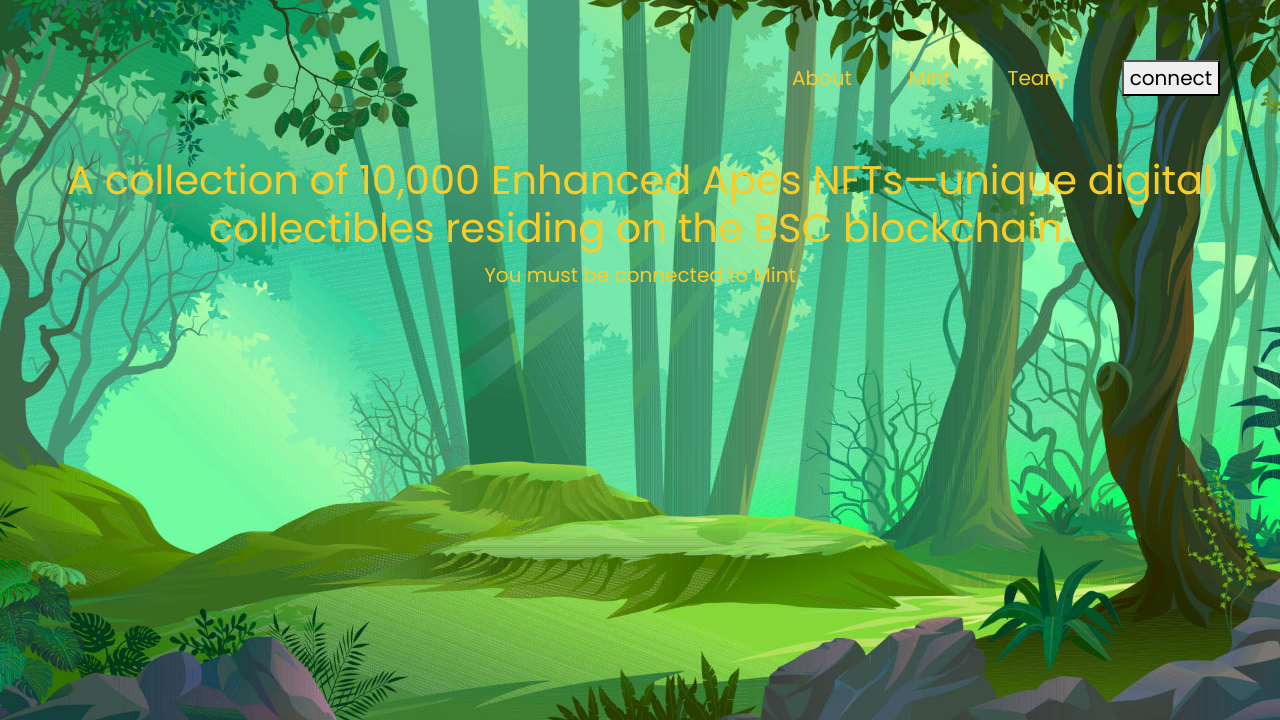
Repository: Stephegbenga/Minting-Dapp
Page: /
These files come from the project's save history. The page is drawn as it stood at one moment and after the next save; the edit follows.
The browser window is 1280 px wide. The pictures show the whole page.
The project was rebuilt for these pictures with package versions that can differ from the ones it lists, and the page was loaded fresh each time.

Above is the page before, as saved 2022-04-07 17:04:35.

After the next save:
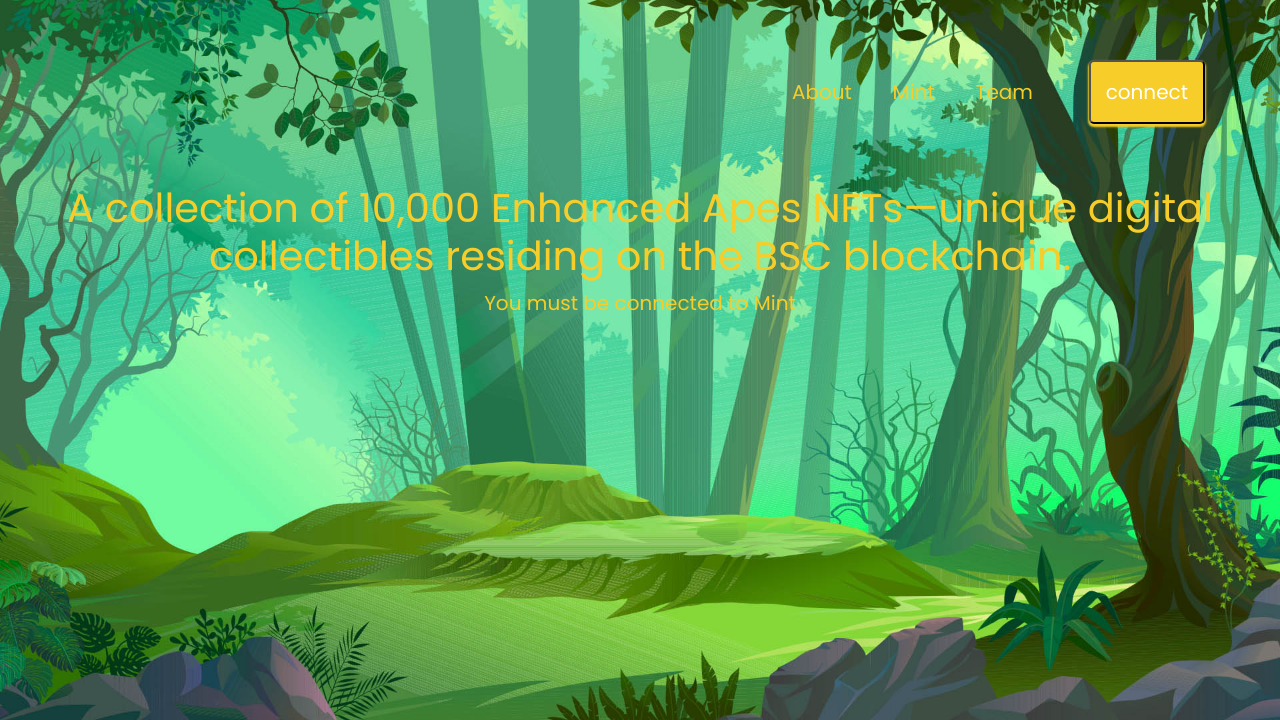
Saved 69 s later.
--- a/src/NavBar.js
+++ b/src/NavBar.js
@@ -40,7 +40,7 @@ const Navbar = ({ accounts, setAccounts }) => {
             {isConnected ? (
                 <box margin="0 15px">Conncted</box>
             ) : (
-                <button
+                <Button
                     backgroundColor="#f7cd2a"
                     borderRadius="5px"
                     boxShadow="0px 2px 2px 1px #f7cd2a"
@@ -51,7 +51,7 @@ const Navbar = ({ accounts, setAccounts }) => {
                     onClick={connectAccount}
                 >
                     connect
-                </button>
+                </Button>
             )}
             </Flex>
         </Flex>
